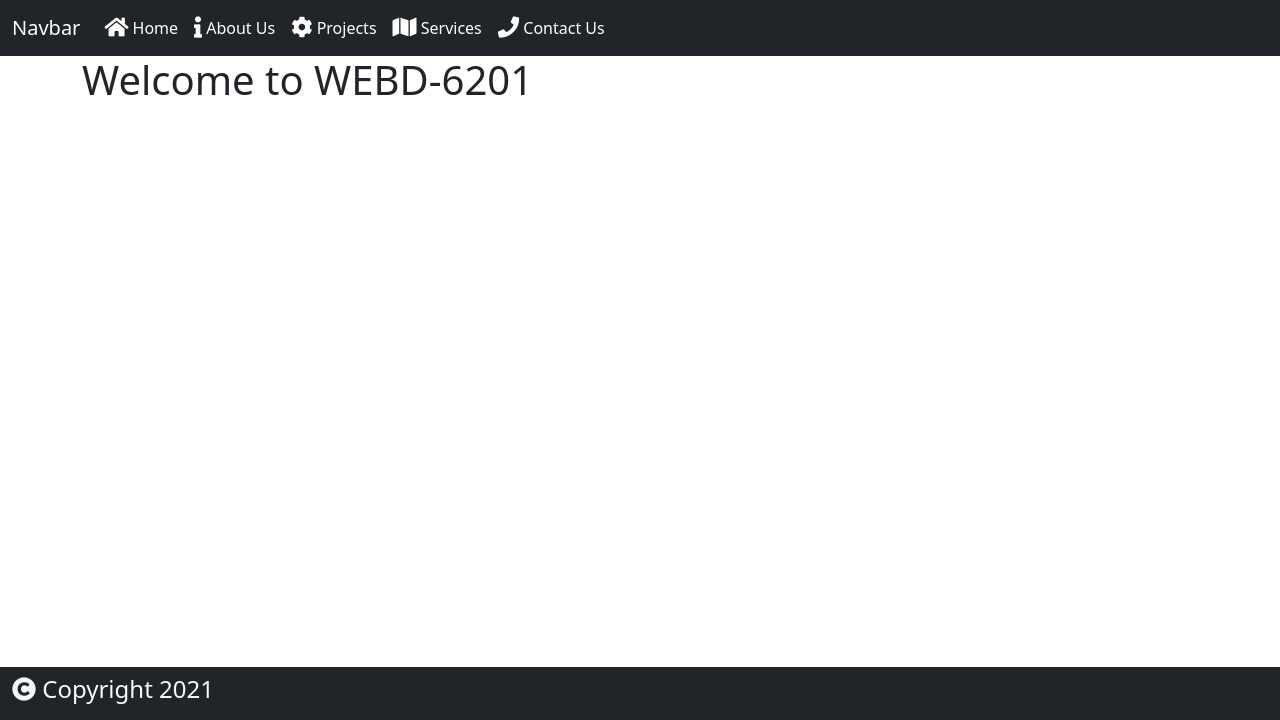
Repository: CKM206/WEBD6201-W2021---ICE1
Page: index.html
These files come from the project's save history. The page is drawn as it stood at one moment and after the next save; the edit follows.
The browser window is 1280 px wide. The pictures show the whole page.

Above is the page before, as saved 2021-01-20 09:39:40.

### index.html
<!DOCTYPE html>
<html lang="en">
<head>
    <meta charset="UTF-8">
    <meta name="viewport" content="width=device-width, initial-scale=1.0">
    <title>WEBD6201 - W2021 - ICE 1</title>
    <!-- CSS Section -->
    <!-- Inject Bootstrap first, always-->
    <link rel="stylesheet"
    href="./node_modules/bootstrap/dist/css/bootstrap.min.css">
    <!-- Now inject Icon Fonts using Font Awesome-->
    <link rel="stylesheet"
    href="./node_modules/@fortawesome/fontawesome-free/css/all.min.css">
    <!-- Now inject our custom css-->
    <link rel="stylesheet" href="./Content/app.css">
</head>
<body>

    <header>
        <nav class="navbar navbar-expand-lg navbar-dark bg-dark">
            <div class="container-fluid">
              <a class="navbar-brand" href="#">Navbar</a>
              <button class="navbar-toggler" type="button" data-bs-toggle="collapse" data-bs-target="#navbarSupportedContent" aria-controls="navbarSupportedContent" aria-expanded="false" aria-label="Toggle navigation">
                <span class="navbar-toggler-icon"></span>
              </button>
              <div class="collapse navbar-collapse" id="navbarSupportedContent">
                <ul class="navbar-nav me-auto mb-2 mb-lg-0">
                  <li class="nav-item">
                    <a class="nav-link active" aria-current="page" href="#"><i class="fas fa-home fa-lg"></i> Home</a>
                  </li>
                  <li class="nav-item">
                    <a class="nav-link active" aria-current="page" href="#"><i class="fas fa-info fa-lg"></i> About Us</a>
                  </li>
                  <li class="nav-item">
                    <a class="nav-link active" aria-current="page" href="#"><i class="fas fa-cog fa-lg"></i> Projects</a>
                  </li>
                  <li class="nav-item">
                    <a class="nav-link active" aria-current="page" href="#"><i class="fas fa-map fa-lg"></i> Services</a>
                  </li>
                  <li class="nav-item">
                    <a class="nav-link active" aria-current="page" href="#"><i class="fas fa-phone fa-lg"></i> Contact Us</a>
                  </li>
                </ul>
              </div>
            </div>
          </nav>
    </header>

    <main class="container">
        <h1>Welcome to WEBD-6201</h1>
        <p id="paragraphOne"></p>
    </main>

    <!-- Footer Section -->
    <footer>
        <nav class="navbar fixed-bottom navbar-dark bg-dark">
            <div class="container-fluid">
              <h4 class="text-light"><i class="fas fa-copyright text-light"></i> Copyright 2021</h4>
            </div>
          </nav>
    </footer>

    <!--Script Section-->
    <script src="./node_modules/jquery/dist/jquery.min.js"></script>
    <script src="./node_modules/bootstrap/dist/js/bootstrap.bundle.min.js"></script>
    <script src="./Scripts/app.js"></script>
</body>
</html>

### Content/app.css
/* Custom CSS Here */

### Scripts/app.js
/* Custom Javascript Here */
"use strict";   // Indicate that the code should be executed in "strict mode".

// IIFE - Immediately Invoked Function Expression (Anonymous Self-Executing Function)
//-Acts as a Closure, Limits Scope Leak
(function()
{
    function Start()
    {
        console.log("App Started...");

        // This shows different ways of accessing an element; @see index.html <p> on line 51
        //-Each has its own use and solves different problems
        let paragraphOneText = "This is a simple site to demonstrate DOM Manipulation for ICE 1.";
        // let paragraphOneElement = document.getElementById("paragraphOne");
        // let aParagraph = document.getElementsByTagName("p")[0];
        // let allParagraphs = document.getElementsByTagName("p");
        // let paragraphOneQuery = document.querySelector("p");
        // let paragraphOneQuerys = document.querySelectorAll("p");

        // Print each variable to the console, see how each one "points" to the same <p> element
        // console.log(paragraphOneElement);
        // console.log(aParagraph);
        // console.log(allParagraphs[0]);
        // console.log(paragraphOneQuery);
        // console.log(paragraphOneQuerys);


    }

    window.addEventListener("load", Start);
})();

Loaded but not shown: node_modules/bootstrap/dist/css/bootstrap.min.css (library); node_modules/@fortawesome/fontawesome-free/css/all.min.css (library); node_modules/jquery/dist/jquery.min.js (library); node_modules/bootstrap/dist/js/bootstrap.bundle.min.js (library)

After the next save:
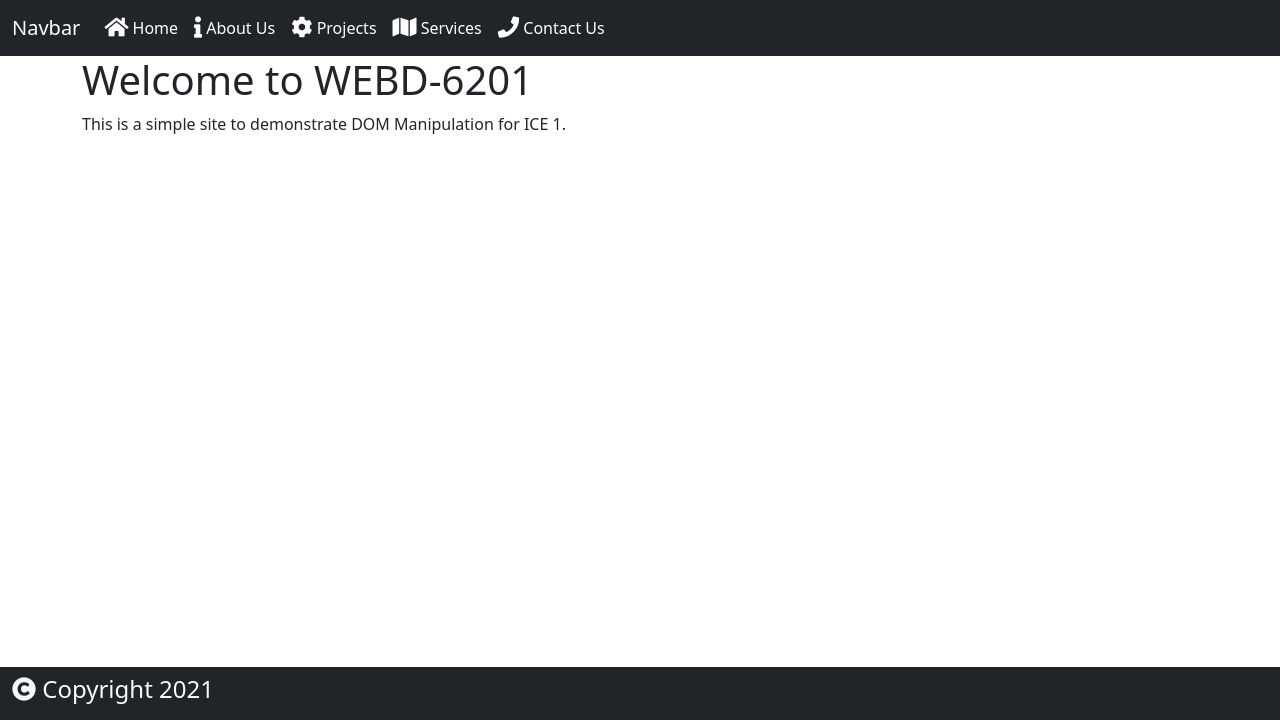
Saved 36 s later.
--- a/Scripts/app.js
+++ b/Scripts/app.js
@@ -12,7 +12,8 @@
         // This shows different ways of accessing an element; @see index.html <p> on line 51
         //-Each has its own use and solves different problems
         let paragraphOneText = "This is a simple site to demonstrate DOM Manipulation for ICE 1.";
-        // let paragraphOneElement = document.getElementById("paragraphOne");
+        let paragraphOneElement = document.getElementById("paragraphOne");
+
         // let aParagraph = document.getElementsByTagName("p")[0];
         // let allParagraphs = document.getElementsByTagName("p");
         // let paragraphOneQuery = document.querySelector("p");
@@ -25,6 +26,8 @@
         // console.log(paragraphOneQuery);
         // console.log(paragraphOneQuerys);
 
+        paragraphOneElement.textContent = paragraphOneText;
+
 
     }
 
